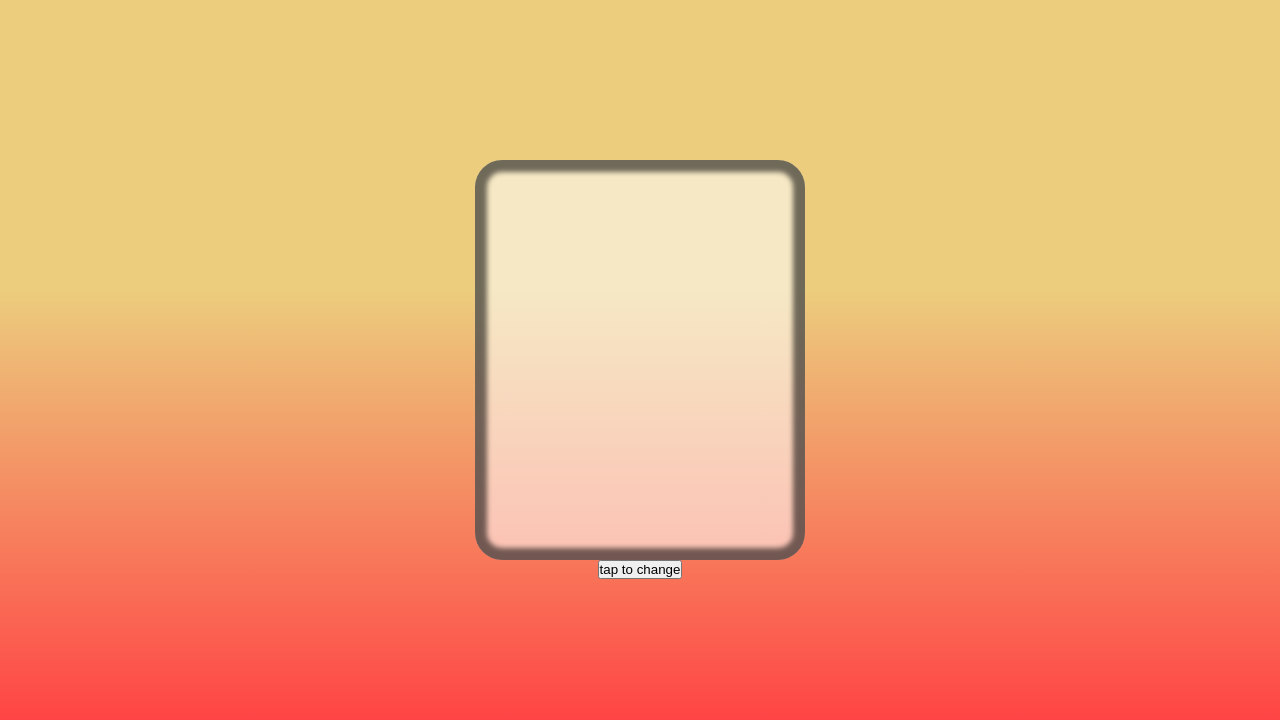
Repository: ThanhThn/profile
Page: index.html
The author's editor kept a copy of each file at every save. The page is drawn from the files as they stood at one save, then again after the next save.
The browser window is 1280 px wide. The pictures show the whole page.

Above is the page before, as saved 2022-12-04 23:45:50.

After the next save:
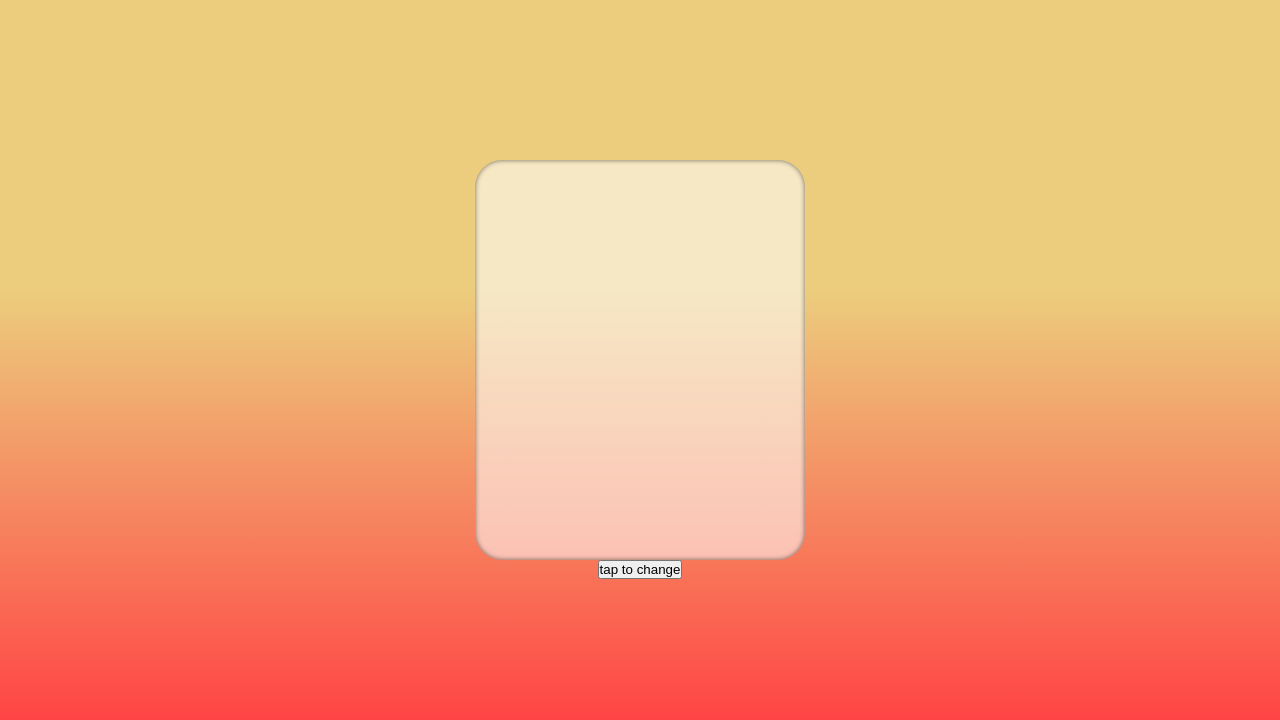
Saved 14 s later.
--- a/style.css
+++ b/style.css
@@ -23,5 +23,5 @@ body{
     height: 400px;
     background: rgba(255, 255, 255, 55%);
     border-radius: 27px;
-    box-shadow: inset 0px 0px 5px 12px rgba(0, 0, 0, 55%);
+    box-shadow: inset 0px 0px 5px rgba(0, 0, 0, 55%);
 }
